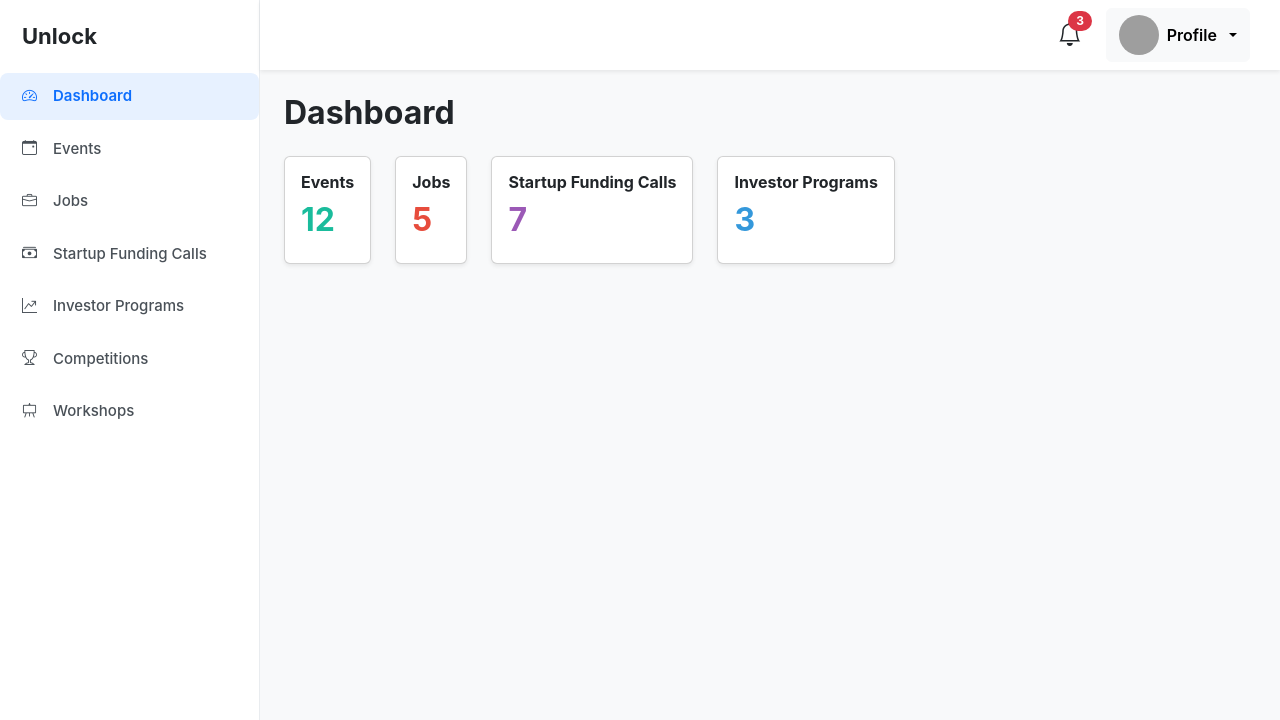
Repository: avmaurya07/unlock-dashboard
Page: /dashboard/publisher
These files come from the project's save history. The page is drawn as it stood at one moment and after the next save; the edit follows.
The browser window is 1280 px wide. The pictures show the whole page.
Pictures or frames that could not be fetched are drawn as grey boxes. The project was rebuilt for these pictures with package versions that can differ from the ones it lists, and the page was loaded fresh each time. Also part of the build but not shown: vite.config.js, src/pages/Login.jsx, src/pages/Events.jsx, src/pages/Jobs.jsx, src/pages/FundingCalls.jsx, src/pages/InvestorPrograms.jsx, src/pages/Competitions.jsx, src/pages/Workshops.jsx and 5 more.

Above is the page before, as saved 2025-12-28 17:16:17.

### index.html
<!doctype html>
<html lang="en">
  <head>
    <meta charset="UTF-8" />
    <link rel="icon" type="image/svg+xml" href="/vite.svg" />
    <meta name="viewport" content="width=device-width, initial-scale=1.0" />
    <title>unlock-dashboard</title>
  </head>
  <body>
    <div id="root"></div>
    <script type="module" src="/src/main.jsx"></script>
  </body>
</html>

### src/main.jsx
import { StrictMode } from 'react'
import { createRoot } from 'react-dom/client'
import './index.css'
import App from './App.jsx'
import 'bootstrap/dist/css/bootstrap.min.css';
import 'react-toastify/dist/ReactToastify.css';
import "bootstrap-icons/font/bootstrap-icons.css";
import "./styles/theme.css";

createRoot(document.getElementById('root')).render(
  <StrictMode>
    <App />
  </StrictMode>,
)

### src/index.css
:root {
  font-family: system-ui, Avenir, Helvetica, Arial, sans-serif;
  line-height: 1.5;
  font-weight: 400;

  color-scheme: light dark;
  color: rgba(255, 255, 255, 0.87);
  background-color: #242424;

  font-synthesis: none;
  text-rendering: optimizeLegibility;
  -webkit-font-smoothing: antialiased;
  -moz-osx-font-smoothing: grayscale;
}

a {
  font-weight: 500;
  color: #646cff;
  text-decoration: inherit;
}
a:hover {
  color: #535bf2;
}

body {
  margin: 0;
  display: flex;
  align-items: center;
  justify-content: center;
  min-width: 320px;
  min-height: 100vh;
}

h1 {
  font-size: 3.2em;
  line-height: 1.1;
}

button {
  border-radius: 8px;
  border: 1px solid transparent;
  padding: 0.6em 1.2em;
  font-size: 1em;
  font-weight: 500;
  font-family: inherit;
  background-color: #1a1a1a;
  cursor: pointer;
  transition: border-color 0.25s;
}
button:hover {
  border-color: #646cff;
}
button:focus,
button:focus-visible {
  outline: 4px auto -webkit-focus-ring-color;
}

@media (prefers-color-scheme: light) {
  :root {
    color: #213547;
    background-color: #ffffff;
  }
  a:hover {
    color: #747bff;
  }
  button {
    background-color: #f9f9f9;
  }
}

### src/App.jsx
import { BrowserRouter, Routes, Route } from "react-router-dom";

import Login from "./pages/Login";

// Layout
import MainLayout from "./layout/MainLayout";

// Shared Pages
import Dashboard from "./pages/Dashboard";

// Publisher Pages
import Events from "./pages/Events";
import Jobs from "./pages/Jobs";
import FundingCalls from "./pages/FundingCalls";
import InvestorPrograms from "./pages/InvestorPrograms";
import Competitions from "./pages/Competitions";
import Workshops from "./pages/Workshops";

// User + Admin
import UserDashboard from "./pages/UserDashboard";
import PublisherDashboard from "./pages/PublisherDashboard";
import AdminDashboard from "./pages/AdminDashboard";

function App() {
  return (
    <BrowserRouter>
      <Routes>

        {/* PUBLIC ROUTE */}
        <Route path="/" element={<Login />} />

        {/* USER DASHBOARD */}
        <Route path="/dashboard/user" element={<UserDashboard />} />

        {/* ADMIN DASHBOARD */}
        <Route path="/dashboard/admin" element={<AdminDashboard />} />

        {/* PUBLISHER DASHBOARD (WITH SIDEBAR + TOPBAR) */}
        <Route path="/dashboard/publisher" element={<MainLayout />}>
          <Route index element={<Dashboard />} />

          {/* NESTED PUBLISHER ROUTES */}
          <Route path="events" element={<Events />} />
          <Route path="jobs" element={<Jobs />} />
          <Route path="funding-calls" element={<FundingCalls />} />
          <Route path="investor-programs" element={<InvestorPrograms />} />
          <Route path="competitions" element={<Competitions />} />
          <Route path="workshops" element={<Workshops />} />
        </Route>

      </Routes>
    </BrowserRouter>
  );
}

export default App;

### src/styles/theme.css
/* ===== Ventic UI Global Styles ===== */

body {
  margin: 0;
  padding: 0;
  background: #f4f6f9; /* Light gray clean background */
  font-family: "Inter", sans-serif;
}

/* Remove bootstrap container limits */
.container {
  max-width: 100% !important;
}

/* Utility classes */
.text-gray {
  color: #6c757d;
}

/* Headings */
h1, h2, h3, h4, h5 {
  font-weight: 700;
  color: #212529;
}

/* Card Shadows */
.card-v {
  border: none !important;
  border-radius: 12px !important;
  background: #fff;
  box-shadow: 0 2px 10px rgba(0,0,0,0.08);
  padding: 20px;
  transition: all 0.2s ease;
}

.card-v:hover {
  transform: translateY(-2px);
  box-shadow: 0 4px 14px rgba(0, 0, 0, 0.12);
}


/* ===== Sidebar Ventic Style ===== */

.sidebar-container {
  width: 260px;
  min-height: 100vh;
  background: #ffffff;
  padding-top: 20px;
  border-right: 1px solid #e9ecef;
}

.sidebar-header {
  font-size: 22px;
  font-weight: 700;
  padding: 0 22px;
  margin-bottom: 20px;
}

.sidebar-menu li {
  margin-bottom: 6px;
}

.sidebar-link {
  display: flex;
  align-items: center;
  padding: 12px 22px;
  font-size: 15px;
  text-decoration: none;
  color: #495057;
  font-weight: 500;
  border-radius: 8px;
  transition: all 0.15s ease;
}

.sidebar-link:hover {
  background: #f1f3f5;
  color: #000;
}

.sidebar-link.active {
  background: #e7f1ff;
  color: #0d6efd !important;
  font-weight: 600;
}


/* ===== Topbar Ventic Style ===== */

.topbar {
  height: 70px;
  background: #fff;
  padding: 0 30px;
  display: flex;
  justify-content: space-between;
  align-items: center;
}

.notification-wrapper {
  cursor: pointer;
}

.notif-badge {
  position: absolute;
  top: -6px;
  right: -10px;
  font-size: 12px;
}

### src/layout/MainLayout.jsx
import Sidebar from "../components/Sidebar";
import Topbar from "../components/Topbar";
import { Outlet } from "react-router-dom";

export default function MainLayout() {
  return (
    <div className="d-flex" style={{ minHeight: "100vh", width: "100vw", overflowX: "hidden" }}>
      {/* Sidebar */}
      <div style={{ width: "260px", flexShrink: 0 }}>
        <Sidebar />
      </div>

      {/* Main Content */}
      <div className="flex-grow-1 d-flex flex-column bg-light" style={{ width: "100%" }}>
        <Topbar />

        <div className="p-4" style={{ width: "100%", flexGrow: 1 }}>
          <Outlet />
        </div>
      </div>
    </div>
  );
}

### src/pages/Dashboard.jsx
import DashboardCard from "../components/DashboardCard";

export default function Dashboard() {
  return (
    <div style={{ width: "100%" }}>
      <h2 className="fw-bold mb-4">Dashboard</h2>

      <div className="d-flex gap-4 flex-wrap">
        <DashboardCard title="Events" count={12} color="#1abc9c" />
        <DashboardCard title="Jobs" count={5} color="#e74c3c" />
        <DashboardCard title="Startup Funding Calls" count={7} color="#9b59b6" />
        <DashboardCard title="Investor Programs" count={3} color="#3498db" />
      </div>
    </div>
  );
}

### src/components/Sidebar.jsx
import { NavLink } from "react-router-dom";

export default function Sidebar() {
  const menu = [
    { name: "Dashboard", icon: "bi-speedometer2", path: "/dashboard/publisher" },
    { name: "Events", icon: "bi-calendar-event", path: "/dashboard/publisher/events" },
    { name: "Jobs", icon: "bi-briefcase", path: "/dashboard/publisher/jobs" },
    { name: "Startup Funding Calls", icon: "bi-cash-stack", path: "/dashboard/publisher/funding-calls" },
    { name: "Investor Programs", icon: "bi-graph-up-arrow", path: "/dashboard/publisher/investor-programs" },
    { name: "Competitions", icon: "bi-trophy", path: "/dashboard/publisher/competitions" },
    { name: "Workshops", icon: "bi-easel", path: "/dashboard/publisher/workshops" }
  ];

  return (
    <div className="sidebar-container">
      <div className="sidebar-header">Unlock</div>

      <ul className="sidebar-menu list-unstyled">
        {menu.map((item) => (
          <li key={item.name}>
            <NavLink
              to={item.path}
              className={({ isActive }) =>
                "sidebar-link " + (isActive ? "active" : "")
              }
            >
              <i className={`bi ${item.icon} me-3`}></i>
              {item.name}
            </NavLink>
          </li>
        ))}
      </ul>
    </div>
  );
}

### src/components/Topbar.jsx
export default function Topbar() {
  return (
    <nav className="topbar shadow-sm">
      <div></div>

      <div className="d-flex align-items-center gap-4">

        <div className="notification-wrapper position-relative">
          <i className="bi bi-bell fs-4"></i>
          <span className="badge bg-danger rounded-pill notif-badge">3</span>
        </div>

        <div className="dropdown">
          <button className="btn btn-light d-flex align-items-center gap-2 dropdown-toggle" data-bs-toggle="dropdown">
            <img src="https://i.pravatar.cc/40" className="rounded-circle" />
            <span className="fw-semibold">Profile</span>
          </button>

          <ul className="dropdown-menu dropdown-menu-end">
            <li><button className="dropdown-item">Settings</button></li>
            <li><button className="dropdown-item">Logout</button></li>
          </ul>
        </div>
      </div>
    </nav>
  );
}

### src/components/DashboardCard.jsx
export default function DashboardCard({ title, count, color }) {
  return (
    <div className="card shadow-sm p-3">
      <h6 className="fw-bold">{title}</h6>
      <h2 className="fw-bold" style={{ color }}>{count}</h2>
    </div>
  );
}

After the next save:
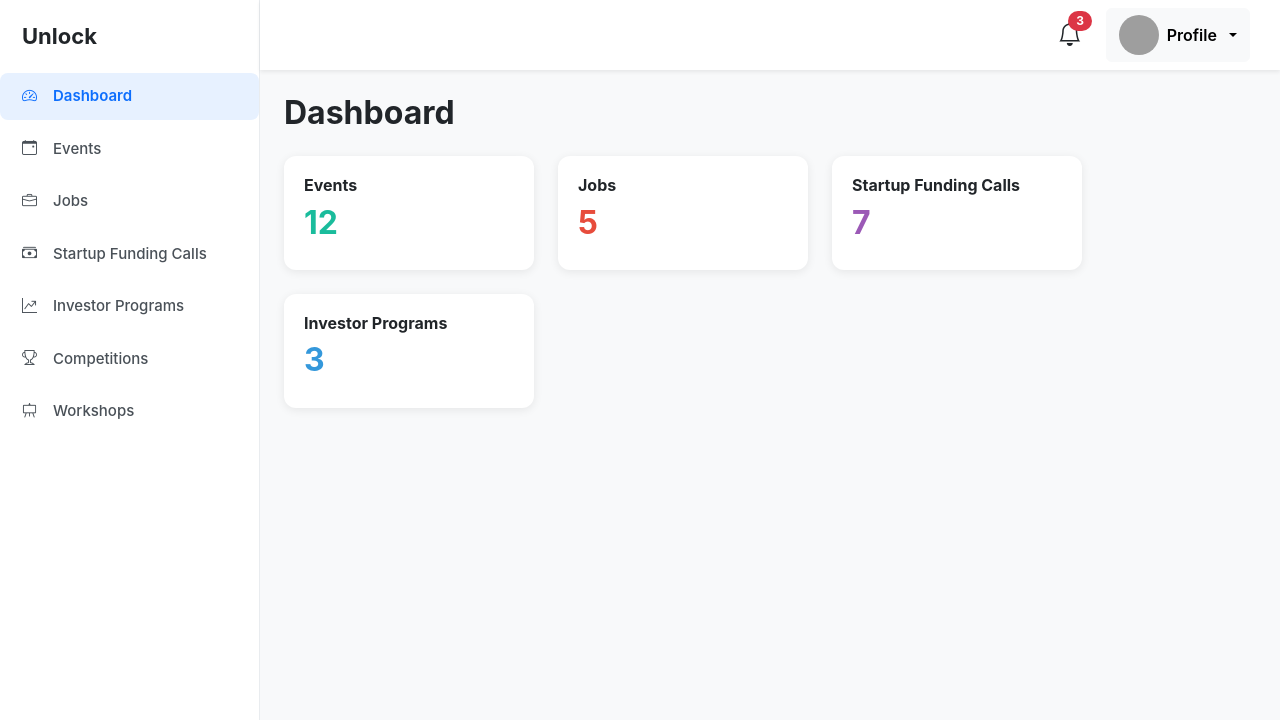
Saved 11 s later.
--- a/src/components/DashboardCard.jsx
+++ b/src/components/DashboardCard.jsx
@@ -1,8 +1,8 @@
 export default function DashboardCard({ title, count, color }) {
   return (
-    <div className="card shadow-sm p-3">
-      <h6 className="fw-bold">{title}</h6>
-      <h2 className="fw-bold" style={{ color }}>{count}</h2>
+    <div className="card-v" style={{ width: "250px" }}>
+      <h6 className="fw-bold mb-2">{title}</h6>
+      <h2 style={{ color, fontWeight: "700" }}>{count}</h2>
     </div>
   );
 }
